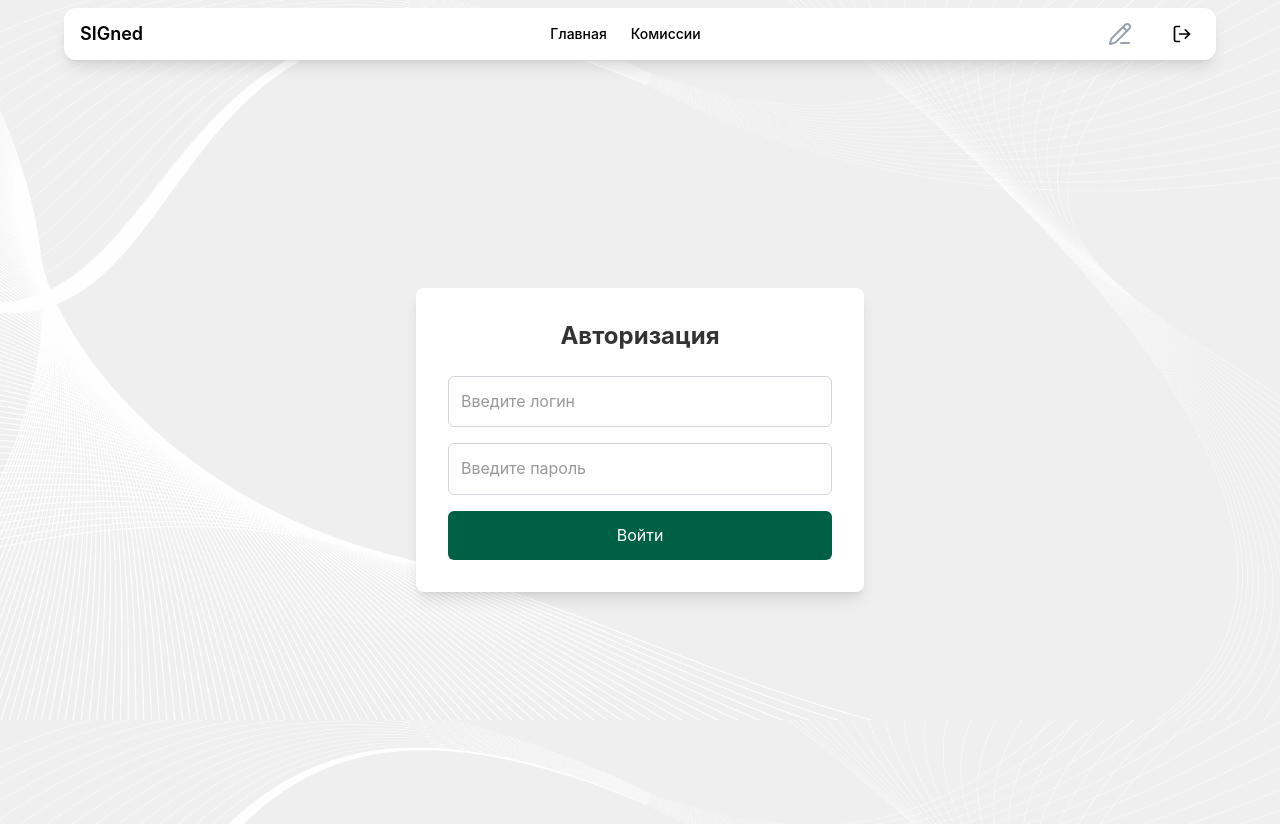
Repository: vladzap2423/delo-frontend
Page: /login
These files come from the project's save history. The page is drawn as it stood at one moment and after the next save; the edit follows.
The browser window is 1280 px wide. The pictures show the whole page.
Backgrounds fixed to the window are drawn as part of the page. The project was rebuilt for these pictures with package versions that can differ from the ones it lists, and the page was loaded fresh each time. The framework's server and built-in components were replaced by stand-ins that run in the browser. Also part of the build but not shown: next.config.ts.

Above is the page before, as saved 2025-09-17 17:49:02.

After the next save:
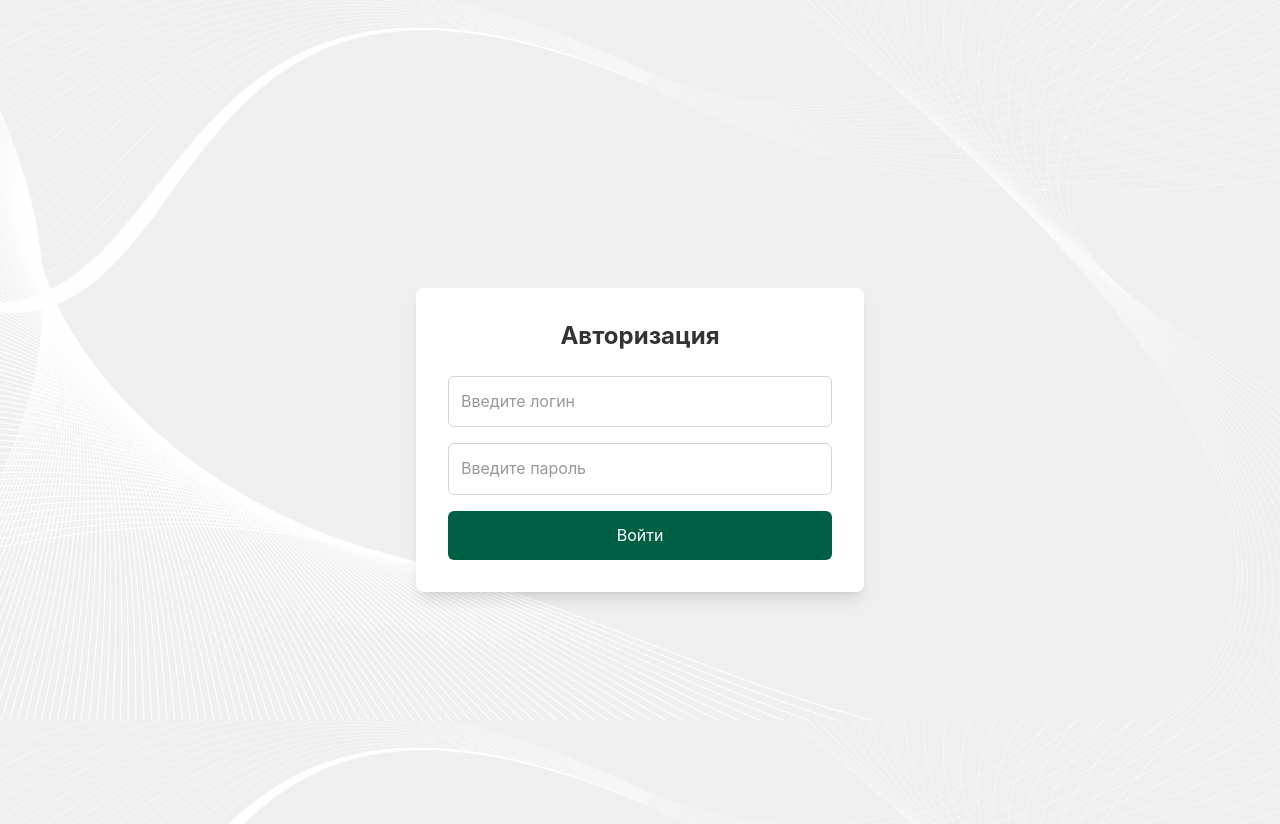
Saved 3 min 7 s later.
--- a/src/components/header.tsx
+++ b/src/components/header.tsx
@@ -15,6 +15,8 @@ export default function Header() {
   const [certValid, setCertValid] = useState<boolean | null>(null);
   const [certInfo, setCertInfo] = useState<any>(null);
   const [loading, setLoading] = useState(false);
+
+  if (!user) return null;
 
   const handleLogout = () => {
     logout();
